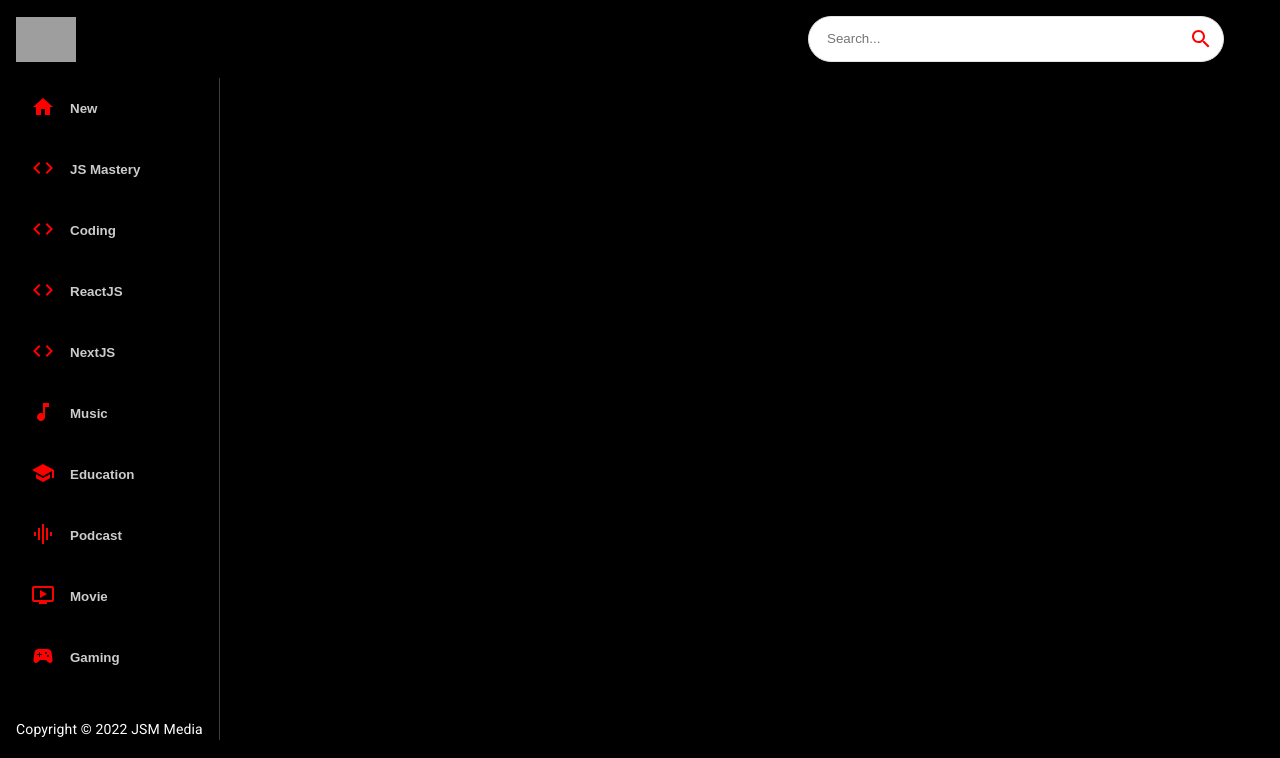
Repository: Ellisvelandia/YOUTUBE2
Page: /
These files come from the project's save history. The page is drawn as it stood at one moment and after the next save; the edit follows.
The browser window is 1280 px wide. The pictures show the whole page.
Pictures or frames that could not be fetched are drawn as grey boxes. The project was rebuilt for these pictures with package versions that can differ from the ones it lists, and the page was loaded fresh each time. Also part of the build but not shown: src/components/ChannelDetail.jsx, src/components/VideoDetail.jsx, src/components/SearchFeed.jsx.

Above is the page before, as saved 2022-08-26 17:43:39.

After the next save:
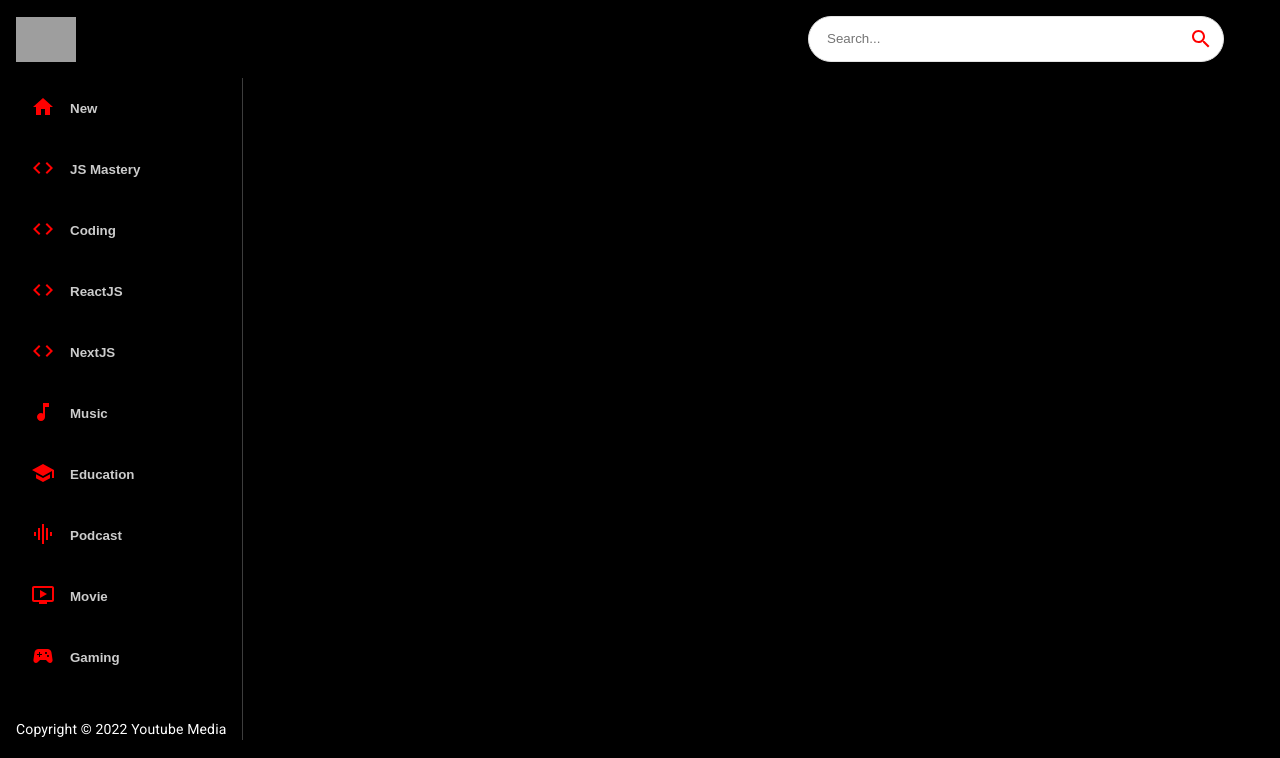
Saved 35 s later.
--- a/src/components/Feed.jsx
+++ b/src/components/Feed.jsx
@@ -35,7 +35,7 @@ const Feed = () => {
           variant="body2"
           sx={{ mt: 1.5, color: "#fff" }}
         >
-          Copyright © 2022 JSM Media
+          Copyright © 2022 Youtube Media
         </Typography>
       </Box>
 
